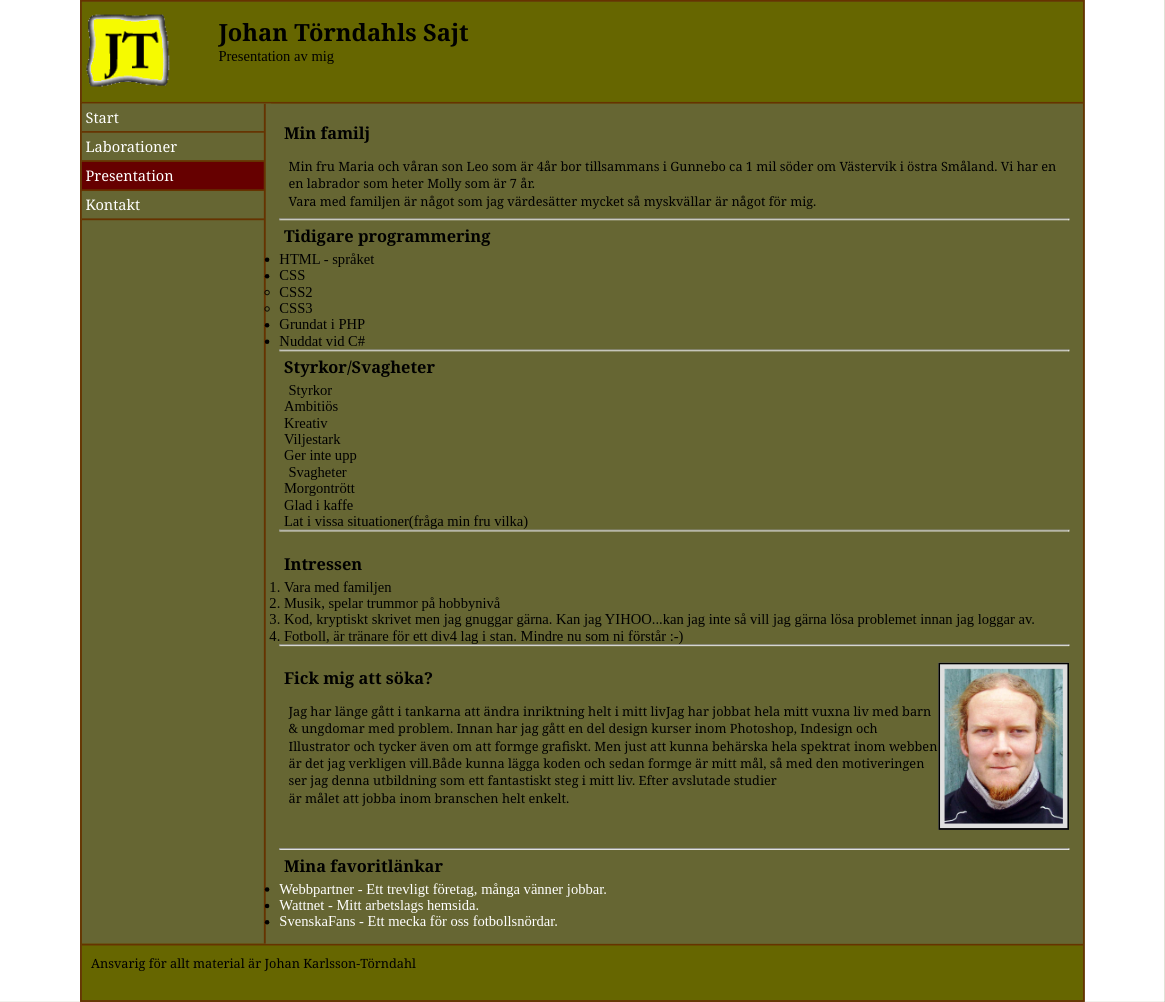
Repository: jt222ia/1ik415-jt222ia-laborationer
Page: pages/presentation.html
The author's editor kept a record of every edit. The page is drawn from the files as they stood at one moment, then again after the next edit.
The browser window is 1280 px wide. The pictures show the whole page, at 91% of full size.

Above is the page before.

### pages/presentation.html
<!DOCTYPE html>
<html>
    <head>
        <meta charset="utf-8" />
        <title>Min kursblogg - Presentation</title>
        <link rel="stylesheet" href="../css/style.css" type="text/css" />
    </head>

    <body>
    <div id="container">
            <!-- Nu börjar jag presentationen av mig :-) -->

        <div id="header">
            <div id="header_logo">
                <img src="../pics/logo_trans.png">
            </div>

            <div id="header_content">
                <h1 class="top_h1">Johan Törndahls Sajt</h1>
                <span>Presentation av mig</span>
            </div>
        </div>
        <div id="clear"></div>

        <div id="navigation">
            <ul>
               <li><a href="../index.html">Start</a></li>
               <li><a href="laborationer.html">Laborationer</a></li>
               <li><a href="presentation.html" class="active">Presentation</a></li>
               <li><a href="kontakt.html">Kontakt</a></li>
            </ul>
        </div>
        <div id="content">
            <h3>Min familj</h3>
                    <p> Min fru Maria och våran son Leo som är 4år bor tillsammans i Gunnebo ca 1 mil söder om Västervik i östra Småland.
                    Vi har en en labrador som heter Molly som är 7 år. <br />
                    Vara med familjen är något som jag värdesätter mycket så myskvällar är något för mig.
                    </p>
                    <hr />

            <h3>Tidigare programmering</h3>
                    <ul>
                        <li>HTML - språket</li>
                        <li>CSS
                            <ul>
                                <li>CSS2</li>
                                <li>CSS3</li>
                            </ul>
                        </li>
                        <li>Grundat i PHP</li>
                        <li>Nuddat vid C#</li>
                    </ul>
                    <hr />

            <h3>Styrkor/Svagheter</h3>
                    <dl>
                        <dt>Styrkor</dt>
                            <dd>Ambitiös</dd>
                            <dd>Kreativ</dd>
                            <dd>Viljestark</dd>
                            <dd>Ger inte upp</dd>

                        <dt>Svagheter</dt>
                            <dd>Morgontrött</dd>
                            <dd>Glad i kaffe</dd>
                            <dd>Lat i vissa situationer(fråga min fru vilka)</dd>
                    </dl>
                    <hr />
                    <br>
            <h3>Intressen</h3>
                        <ol>
                          <li>Vara med familjen</li>
                          <li>Musik, spelar trummor på hobbynivå</li>
                          <li>Kod, kryptiskt skrivet men jag gnuggar gärna. Kan jag YIHOO...kan jag inte så vill jag gärna lösa problemet innan jag loggar av.</li>
                          <li>Fotboll, är tränare för ett div4 lag i stan. Mindre nu som ni förstår :-)</li>
                        </ol>
                    <hr /><br>
            <img src="../pics/me.jpg" id="bilden" alt="Ett fotografi av mig" class="img_right" width="130" height="170">
            <h3>Fick mig att söka?</h3>
                    <p>Jag har länge gått i tankarna att ändra inriktning helt i mitt livJag har jobbat hela mitt vuxna liv med barn & ungdomar med problem.
                        Innan har jag gått en del design kurser inom Photoshop, Indesign och Illustrator och tycker även om att formge grafiskt. Men just att kunna behärska
                        hela spektrat inom webben är det jag verkligen vill.Både kunna lägga koden och sedan formge är mitt mål, så med den motiveringen ser jag denna utbildning
                        som ett fantastiskt steg i mitt liv. Efter avslutade studier<br /> är målet att jobba inom branschen helt enkelt.
                    </p>



     <!-- Nu avslutar jag presentationen av mig. Hoppas det var trevlig läsning -->
                     <br><br>
                      <hr />
            <h3>Mina favoritlänkar</h3>
                     <ul>
                         <li><a href="http://www.webbpartner.se" target="_blank">Webbpartner - Ett trevligt företag, många vänner jobbar.</a></li>
                         <li><a href="http://www.wattnet.se" target="_blank">Wattnet - Mitt arbetslags hemsida.</a></li>
                         <li><a href="http://www.svenskafans.se" target="_blank">SvenskaFans - Ett mecka för oss fotbollsnördar.</a></li>
                     </ul>
        </div>
        <div id="footer">
            <p>Ansvarig för allt material är Johan Karlsson-Törndahl</p>
        </div>
    </div>
    </body>
</html>

### css/style.css
/*
Mina färger
Container, content, navigation - #666633
Header, Footer - #666600
Borders - #663300
Länkar - #fff
Active link - #660000
*/

* {
    margin:0;
    padding:0;
}

body {


}

/*De stora blocken */

#container{
    margin:0 auto;
    width:1100px;
    border:2px solid #663300;
    background-color:#666633;

}

#header {
    height:110px;
    background-color:#666600;
    border-bottom:2px solid #663300;

}
#header_logo {
    float:left;
    width:150px;


}
#header_content {
    float:left;
    width:500px;

}

#navigation{
    width:200px;
    float:left;
    background-color:#666633;

}
#content {
    width:868px;
    float:left;
    padding:15px;
    background-color:#666633;
    border-left:2px solid #663300;

}

#footer {
    clear:both;
    height:60px;
    border-top:2px solid #663300;
    background-color:#666600;
}
#clear {
    clear:both;
}

/* Menyn */

#navigation ul {
     margin:0px;
     padding:0px;
     list-style:none;
}
#navigation ul li {

}
#navigation ul a {
    display:block;
    padding:4px;
    width:200px;
    font-family:georgia;
    text-decoration:none;
    border-bottom:2px solid #663300;
    color:#fff;
    background-color:#666633;

}
#navigation ul a:hover{
    background-color:#663333;
}

/*Klasser */

#navigation ul li .active {
   background-color:#660000;

}
.postauthor{
    text-align:right;
    font-style:italic;

}
.top_h1 {
    margin-top:15px;
    margin-right:10px;
}

.icon{
    float:left;
}

.img_right{
   float:right;
   border:2px solid #000;
   background-color:#dedede;
   padding:5px;
}
.img_left{

   border:2px solid #000;
   background-color:#ededed;
   padding:5px;
}
.sidul {
    list-style:none;
    margin-top:2px;
}

/*Typografi på sidan */

h1 {
    font-size:26px;
    font-family:Georgia, sans-serif;

}
h2 {
    font-size:24px;
    font-family:Georgia, sans-serif;

}
h3 {
    font-size:18px;
    font-family:Georgia, sans-serif;
    padding:5px;

}
a {
    text-decoration:none;
    font-style:bold;
    color:#fff;
}
p{
    font-size:14px;
    font-family:Georgia;
    padding:10px;
}
dl, dt, ol {
    margin-left:5px;

}

After the next edit:
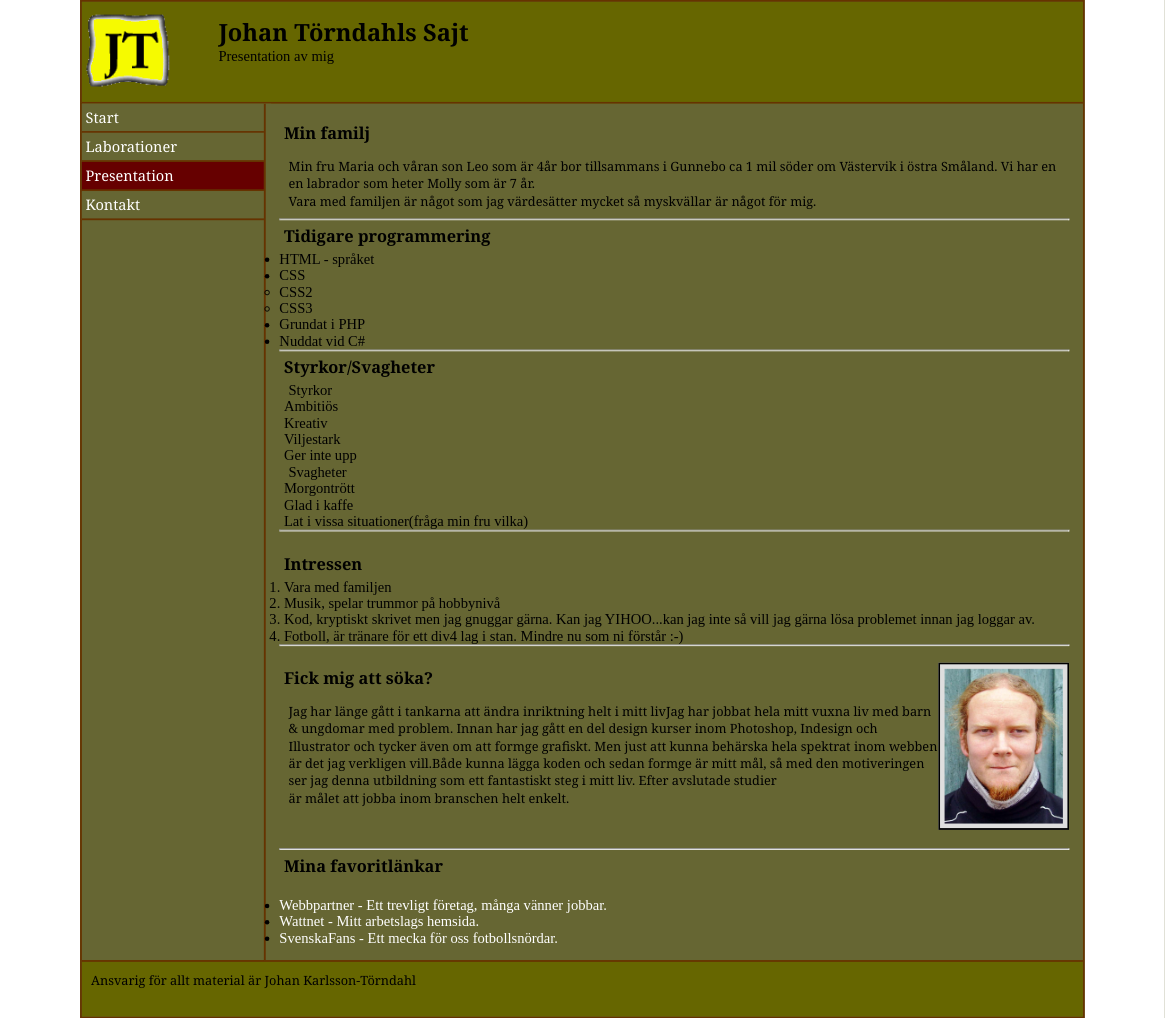
The edit:
--- a/pages/presentation.html
+++ b/pages/presentation.html
@@ -88,7 +88,7 @@
      <!-- Nu avslutar jag presentationen av mig. Hoppas det var trevlig läsning -->
                      <br><br>
                       <hr />
-            <h3>Mina favoritlänkar</h3>
+            <h3>Mina favoritlänkar</h3><br>
                      <ul>
                          <li><a href="http://www.webbpartner.se" target="_blank">Webbpartner - Ett trevligt företag, många vänner jobbar.</a></li>
                          <li><a href="http://www.wattnet.se" target="_blank">Wattnet - Mitt arbetslags hemsida.</a></li>
